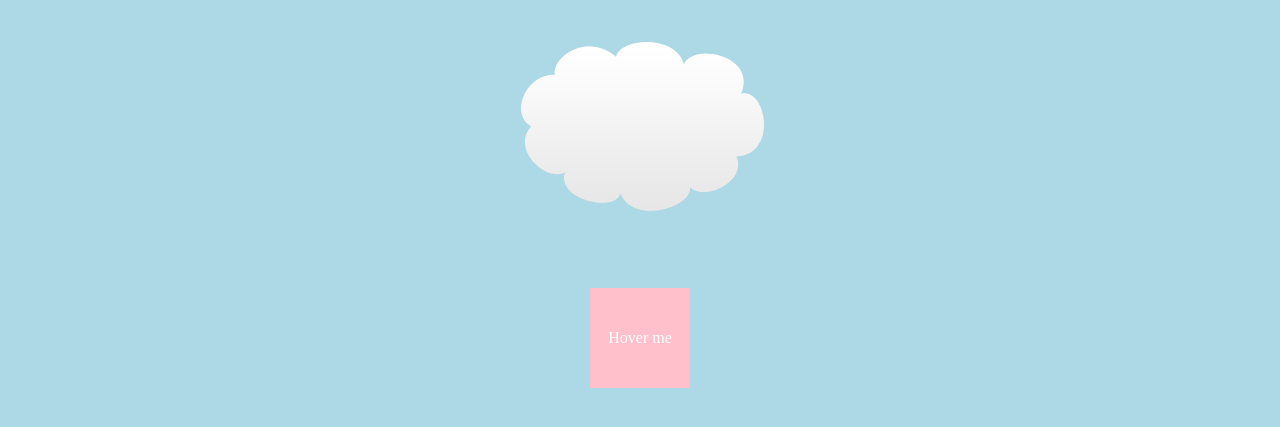
Repository: RemModz/Animacja-Mario
Page: index.html
The author's editor kept a copy of each file at every save. The page is drawn from the files as they stood at one save, then again after the next save.
The browser window is 1280 px wide. The pictures show the whole page.

Above is the page before, as saved 2018-11-08 18:45:13.

### index.html
<!DOCTYPE html>
<head>
  <title>Basket Example</title>
  <link href="style.css" rel="stylesheet" type="text/css">
</head>
<body>
  <div class="wrapper">
      <img src="mario-examples/img/cloud.png">
      <div class="circle">Hover me</div>
  </div>
</body>

### style.css
body {
  background: lightblue;
  text-align: center;
}

.wrapper{
  width: 100%;
  padding: 20px;
  box-sizing: border-box;
}
img {
  transform: rotate
}

.circle {
  width: 100px;
  padding: 50px 0;
  line-height: 0;
  margin: 60px auto;
  background: pink;
  color: white;
  border radius: 50px;
  cursor: pointer;

}

After the next save:
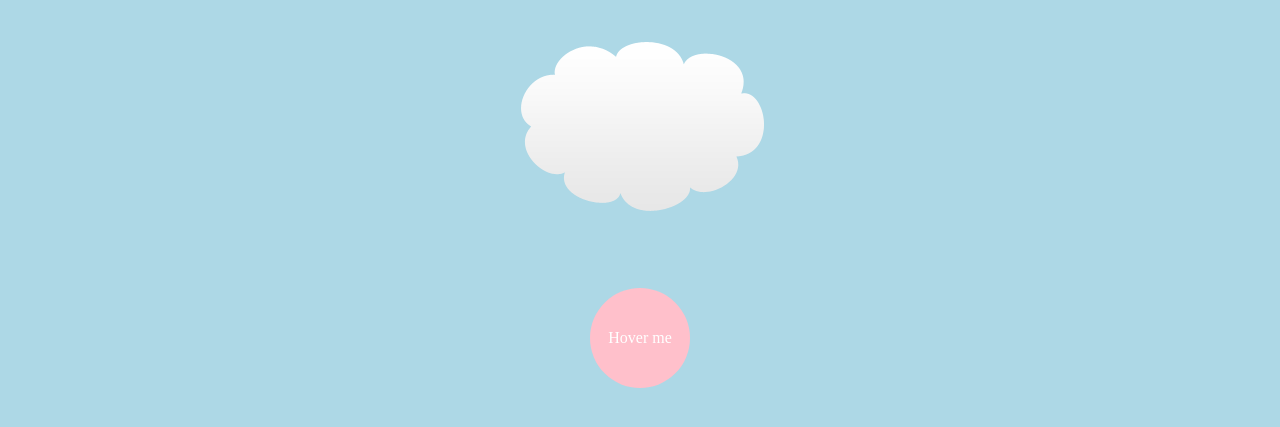
Saved 5 min 30 s later.
--- a/style.css
+++ b/style.css
@@ -19,7 +19,6 @@
   margin: 60px auto;
   background: pink;
   color: white;
-  border radius: 50px;
+  border-radius: 50px;
   cursor: pointer;
-
 }
